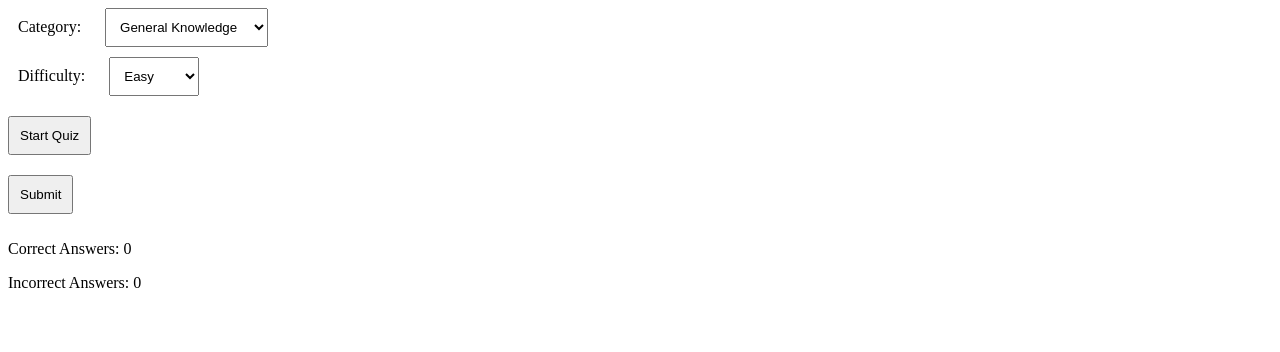
Repository: Kayla-amr/triviaSvelte
Page: /
These files come from the project's save history. The page is drawn as it stood at one moment and after the next save; the edit follows.
The browser window is 1280 px wide. The pictures show the whole page.
The project was rebuilt for these pictures with package versions that can differ from the ones it lists, and the page was loaded fresh each time. The framework's server and built-in components were replaced by stand-ins that run in the browser. Also part of the build but not shown: svelte.config.js, vite.config.js.

Above is the page before, as saved 2023-03-18 09:28:41.

After the next save:
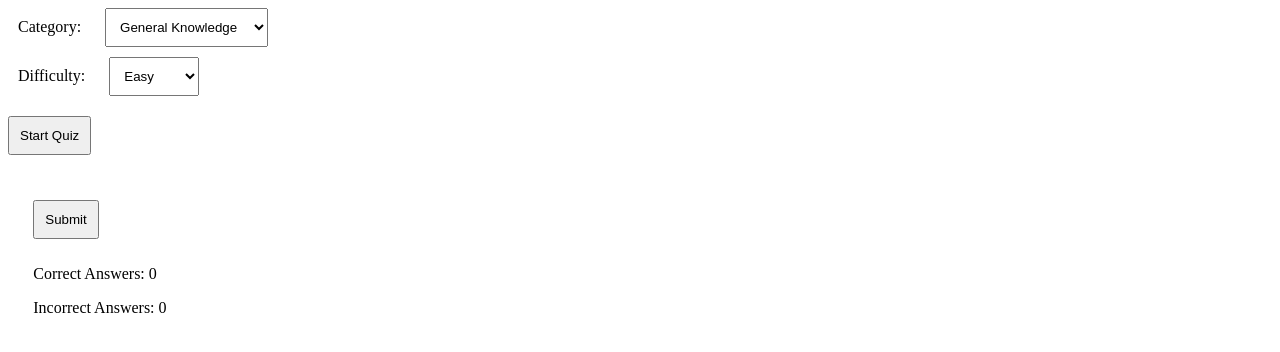
Saved 14 s later.
--- a/src/routes/+page.svelte
+++ b/src/routes/+page.svelte
@@ -99,9 +99,7 @@
 
 <style>
     .triviaApp {
-        display: flex;
-        flex-direction: column;
-        justify-content: center;
+        padding: 2%;
     }
 
     label {

After the 2 saves that followed:
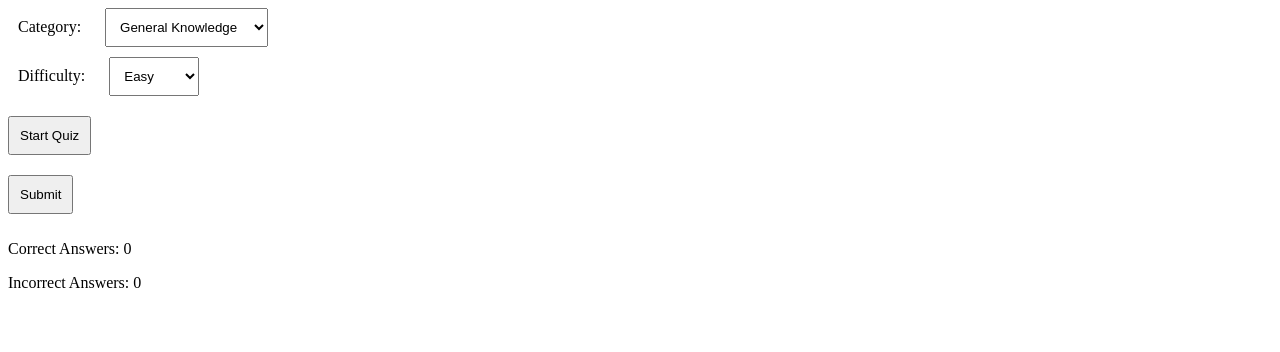
The 2 saves are shown as one change because they came seconds apart.
The last was saved 13 s later.
--- a/src/routes/+page.svelte
+++ b/src/routes/+page.svelte
@@ -68,7 +68,7 @@
 	</form>
 </div>
 
-<div class="triviaApp">
+<div>
 	<form action="triviaQuestions">
 		{#each questions as question}
 			<p>{@html question.question}</p>
